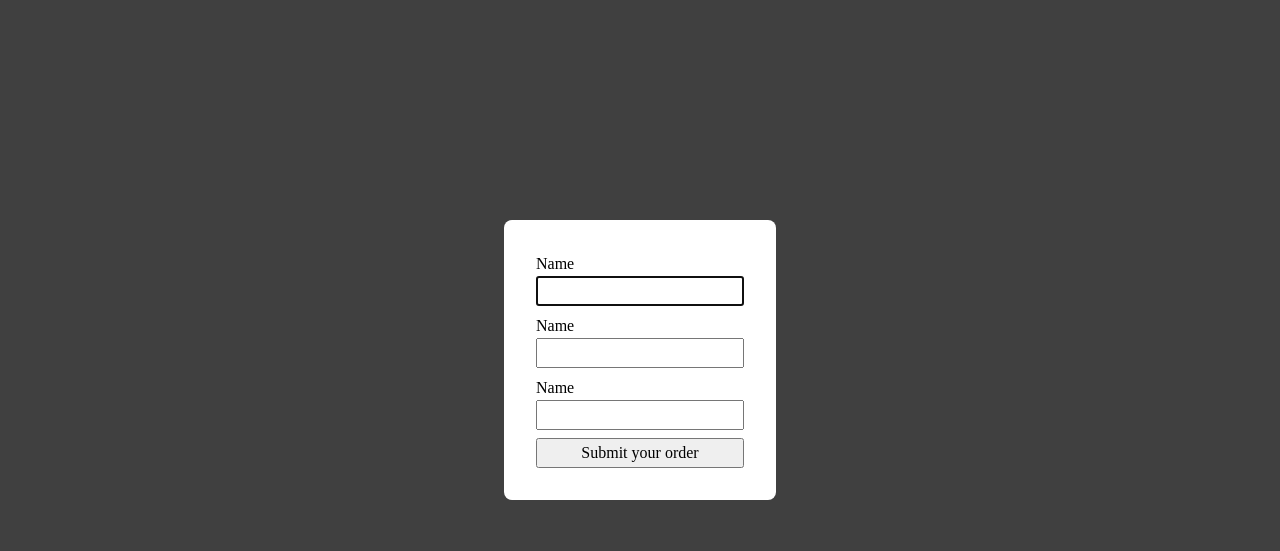
Repository: hjubsoni/hex-ocean-task
Page: /, after clicking the first element matching `button.order-button`
The author's editor kept a copy of each file at every save. The page is drawn from the files as they stood at one save, then again after the next save.
The browser window is 1280 px wide. The pictures show the whole page.
The project was rebuilt for these pictures with package versions that can differ from the ones it lists, and the page was loaded fresh each time. Also part of the build but not shown: vite.config.ts.

Above is the page before, as saved 2023-03-21 22:27:44.

### index.html
<!DOCTYPE html>
<html lang="en">
  <head>
    <meta charset="UTF-8" />
    <link rel="icon" type="image/svg+xml" href="/vite.svg" />
    <meta
      name="viewport"
      content="width=device-width, initial-scale=1.0"
    />
    <title>Vite + React + TS</title>
  </head>
  <body>
    <div id="root"></div>
    <script type="module" src="/src/main.tsx"></script>
  </body>
</html>

### src/App.tsx
import React from 'react';
import './App.css';
import { ShoppingBag } from 'react-feather';
import ModalForm from './components/ModalForm';

function App() {
  const [isModalOpen, setIsModalOpen] = React.useState(false);

  const toggleIsOpenModal = () => {
    setIsModalOpen(!isModalOpen);
  };

  return (
    <>
      <div className="wrapper">
        <button className="order-button" onClick={toggleIsOpenModal}>
          <div className="icon-wrapper">
            <ShoppingBag color="white" />
          </div>
          <span className="order-button-text">Order</span>
        </button>
      </div>
      {isModalOpen && <ModalForm handleDismiss={toggleIsOpenModal} />}
    </>
  );
}

export default App;

### src/index.css
*,
*::before,
*::after {
  box-sizing: border-box;
}

* {
  margin: 0;
}

html,
body,
#root {
  height: 100%;
}

body {
  line-height: 1.5;
  -webkit-font-smoothing: antialiased;
}

img,
picture,
video,
canvas,
svg {
  display: block;
  max-width: 100%;
}

input,
button,
textarea,
select {
  font: inherit;
}

p,
h1,
h2,
h3,
h4,
h5,
h6 {
  overflow-wrap: break-word;
}

#root,
#__next {
  isolation: isolate;
}

### src/App.css
.wrapper {
  height: 100%;
  display: flex;
  justify-content: center;
  align-items: center;
}

.order-button {
  display: flex;
  width: 180px;
  height: 2.625rem;
  align-items: center;
  padding: 4px 8px;
  gap: 8px;
  border-radius: 8px;
  background: #184fee;
  cursor: pointer;
  border: none;
}

.order-button-text {
  font-size: 1.5rem;
  color: white;
  margin-left: auto;
  margin-right: auto;
}

.icon-wrapper {
  animation-duration: 2s;
}

.order-button:hover > .icon-wrapper {
  animation-name: bounce;
  animation-timing-function: cubic-bezier(0.28, 0.84, 0.42, 1);
}
@keyframes bounce {
  0% {
    transform: scale(1, 1) translateY(0);
  }
  10% {
    transform: scale(1.1, 0.9) translateY(0);
  }
  30% {
    transform: scale(0.9, 1.1) translateY(-5px);
  }
  50% {
    transform: scale(1.05, 0.95) translateY(0);
  }
  57% {
    transform: scale(1, 1) translateY(-2px);
  }
  64% {
    transform: scale(1, 1) translateY(0);
  }
  100% {
    transform: scale(1, 1) translateY(0);
  }
}

### src/components/ModalForm/index.tsx
export { default } from './ModalForm';

### src/components/ModalForm/ModalForm.tsx
import React from 'react';
import FocusLock from 'react-focus-lock';
import { X } from 'react-feather';
import './styles.css';

function ModalForm({ handleDismiss }: { handleDismiss: () => void }) {
  return (
    <FocusLock>
      <div className="wrapper">
        <div className="backdrop" />
        <form className="modal-form">
          <div>
            <label className="form-label">Name</label>
            <input className="form-input" />
          </div>
          <div>
            <label className="form-label">Name</label>
            <input className="form-input" />
          </div>
          <div>
            <label className="form-label">Name</label>
            <input className="form-input" />
          </div>
          <button type="submit">Submit your order</button>
        </form>
      </div>
    </FocusLock>
  );
}

export default ModalForm;

### src/components/ModalForm/styles.css
.wrapper {
  position: fixed;
  inset: 0;
  display: grid;
  place-content: center;
  padding: 16px;
}

.backdrop {
  position: absolute;
  inset: 0;
  background: hsl(0deg 0% 0% / 0.75);
}

.modal-form {
  position: relative;
  background: white;
  border-radius: 8px;
  padding: 32px;
  display: flex;
  flex-direction: column;
  gap: 8px;
}

.form-label {
  display: inline-block;
  font-weight: 500;
}

.form-input {
  display: block;
}

Loaded but not shown: src/main.tsx (common file)

After the next save:
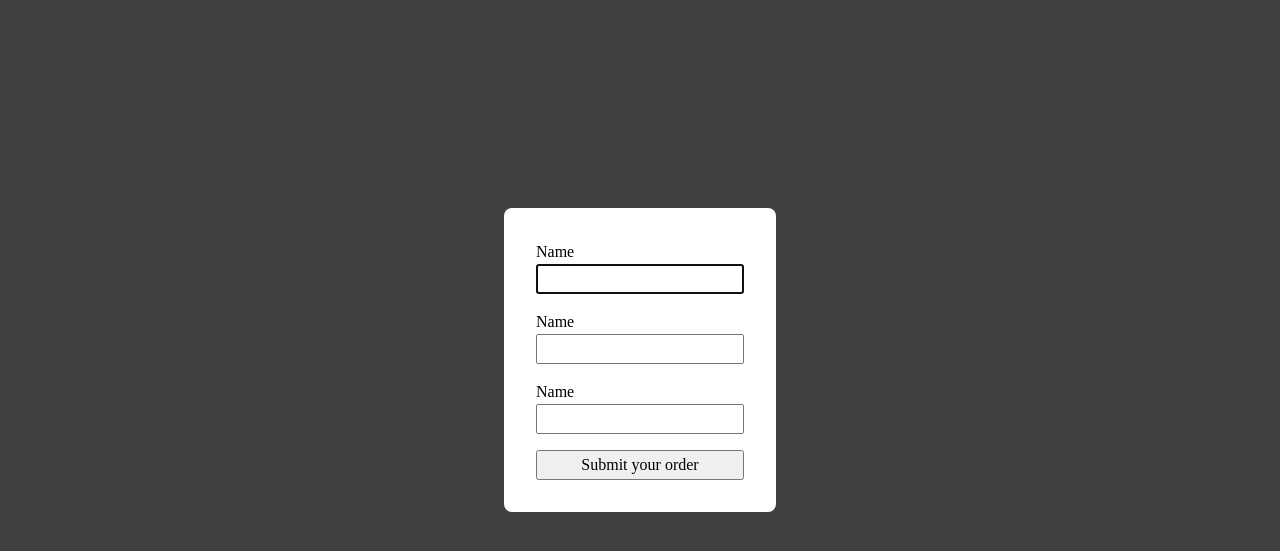
Saved 6 s later.
--- a/src/components/ModalForm/styles.css
+++ b/src/components/ModalForm/styles.css
@@ -19,7 +19,7 @@
   padding: 32px;
   display: flex;
   flex-direction: column;
-  gap: 8px;
+  gap: 16px;
 }
 
 .form-label {
